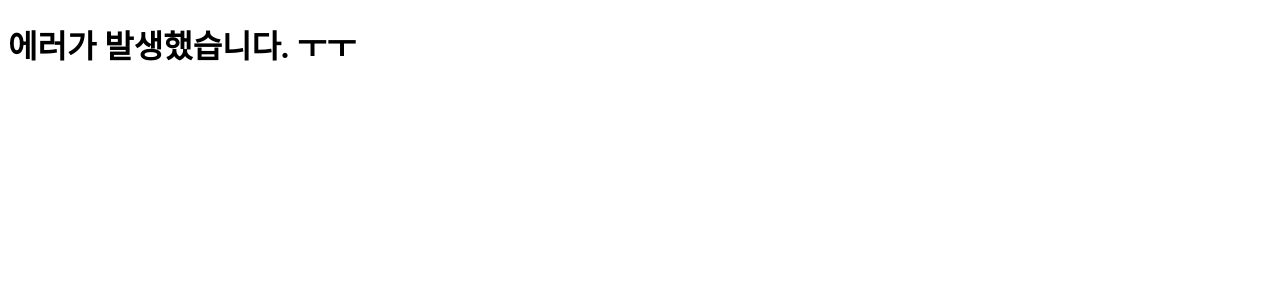
Repository: ifpi98/java_e
Page: http://localhost/jspproject/header.jsp
These files come from the project's save history. The page is drawn as it stood at one moment and after the next save; the edit follows.
The browser window is 1280 px wide. The pictures show the whole page.
The page is served by Tomcat 9.

Above is the page before, as saved 2023-07-06 03:43:10.

After the next save:
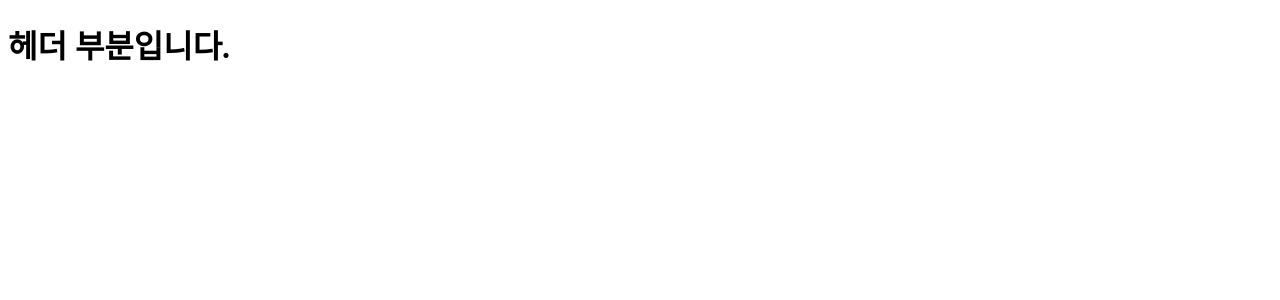
Saved 28 s later.
--- a/jspproject/src/main/webapp/header.jsp
+++ b/jspproject/src/main/webapp/header.jsp
@@ -8,7 +8,7 @@
 </head>
 <body>
 
-<h1> 에러가 발생했습니다. ㅜㅜ</h1>
+<h1> 헤더 부분입니다. </h1>
 
 </body>
 </html>
